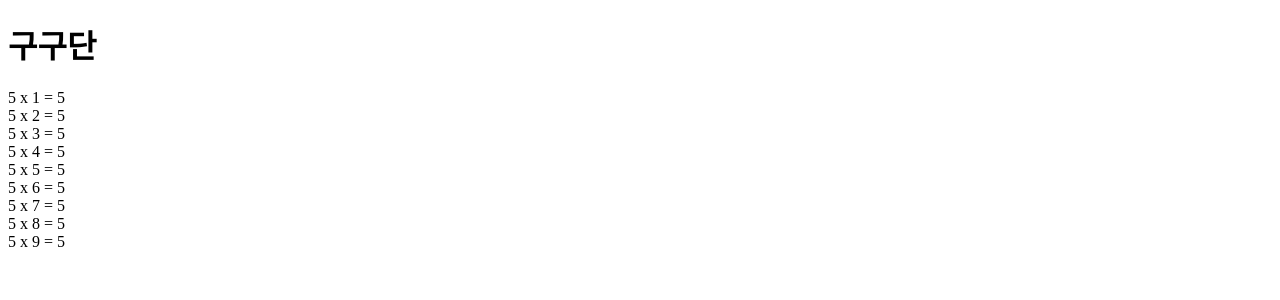
Repository: sungken/JSP
Page: http://localhost/JSPTest/ex05_script.jsp
An editor plug-in stored every save of this project. The page is shown before and after the next save, followed by the edit.
The browser window is 1280 px wide. The pictures show the whole page.
The page is served by Tomcat 9.

Above is the page before, as saved 2024-04-01 06:34:50.

### JSPTest/src/main/webapp/ex05_script.jsp
<%@ page language="java" contentType="text/html; charset=UTF-8"
    pageEncoding="UTF-8"%>
<!DOCTYPE html>
<html>
<head>
<meta charset="UTF-8">
<title>Insert title here</title>
</head>
<body>
	<!-- ex05_script.jsp -->
	<h1>구구단</h1>

	<%
		//자바 영역 제공
		int dan = 5;

	%>

	<%for(int i=1; i<=9; i++){ %>
	<div><%= dan%> x <%= i%> = 5</div>
	<%}%>


</body>
</html>

After the next save:
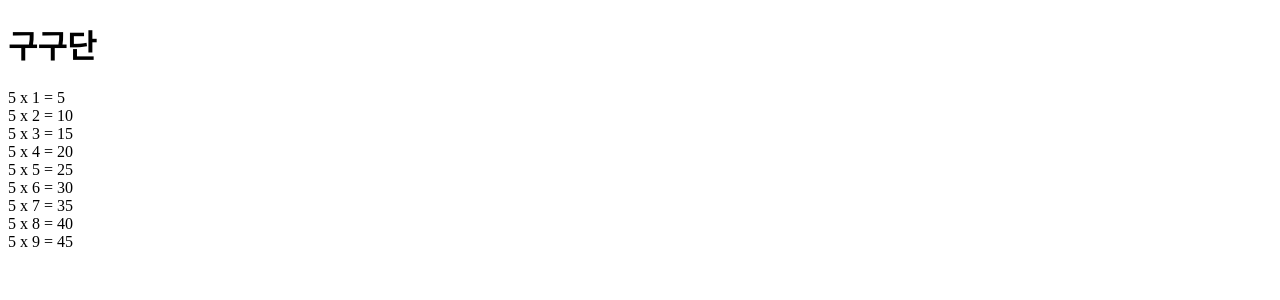
Saved 5 s later.
--- a/JSPTest/src/main/webapp/ex05_script.jsp
+++ b/JSPTest/src/main/webapp/ex05_script.jsp
@@ -17,7 +17,7 @@
 	%>
 
 	<%for(int i=1; i<=9; i++){ %>
-	<div><%= dan%> x <%= i%> = 5</div>
+	<div><%= dan%> x <%= i%> = <%= dan * i%></div>
 	<%}%>
 
 
